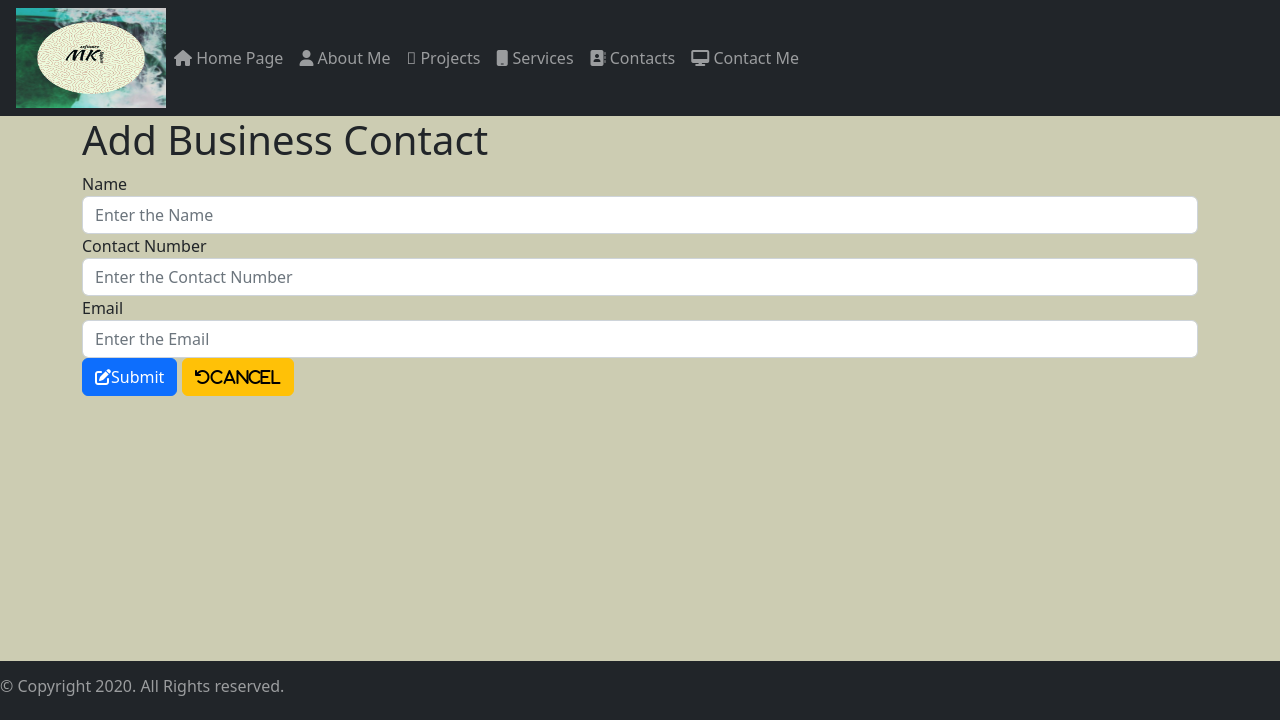
Repository: Mandeep180/Lab03_1
Page: http://localhost/infor/add
These files come from the project's save history. The page is drawn as it stood at one moment and after the next save; the edit follows.
The browser window is 1280 px wide. The pictures show the whole page.
The page is served by the project's Node server (server.js). Other server files are loaded and not shown.

Above is the page before, as saved 2022-10-22 21:53:27.

### server/views/infor/add.ejs
<%- include ../partials/header.ejs %>
<%- include ../partials/main_nav.ejs %>

<!-- content for the add page -->

<div class="container">
    <div class="row">
        <div class = "offset-md-3 col-md-6"></div>
        <h1><%= title%></h1>
        <form class="form" method="POST">
            <div class="form-group">
                <label for="nameTextFeild">Name</label>
                <input type="text" class="form-control"
                id="nameTextFeild"
                placeholder="Enter the Name"
                name="name" required>
            </div>

            <div class="form-group">
                <label for="contactNumberTextFeild">Contact Number</label>
                <input type="text" class="form-control"
                id="contactNumberTextFeild"
                placeholder="Enter the Contact Number "
                name="contactNumber" required>

            </div>
            <div class="form-group">
                <label for="EmailTextFeild">Email</label>
                <input type="text" class="form-control"
                id="emailTextFeild"
                placeholder="Enter the Email "
                name="contactNumber" required>

            </div>

            <button class="btn btn-primary" type="submit">
                <i class="fas fa-edit"></i>Submit
            </button>
            <a href="/infor" class="btn btn-warning">
                <i class="fas fa-undo">Cancel</i>
            </a>
        </form>


    </div>
</div>

<%- include ../partials/bottom_nav.ejs %>
<%- include ../partials/footer.ejs %>

### server/views/partials/header.ejs
<!DOCTYPE html>
<html lang="en">
  <head>
    <meta charset="utf-8">
    <meta name="viewport" content="width=device-width, initial-scale=1.0">
    <title><%= title %></title>
    <!-- CSS section-->


    <link rel="stylesheet" href="/bootstrap/dist/css/bootstrap.min.css">
    <link rel="stylesheet" href="/@fortawesome/fontawesome-free/css/all.min.css">
    <link rel="stylesheet" href="/Content/app.css">
  </head>
  <body>

### server/views/partials/main_nav.ejs
<body>
    <!--main nav-->
    <nav class="navbar navbar-expand-lg navbar-dark bg-dark">
     <a class="navbar-brand" href="/"></a>
     <a><img src="Assets/images/Logo.jpg" alt = "logo" width="150" height="100" style="float:left">
      <button class="navbar-toggler" type="button" data-toggle="collapse" data-target="#navbarSupportContent" aria-controls="navbarSupportedContent" aria-expanded="false">
        <span class="navbar-toggler-icon"></span>
      </button>

      <style>
        body{

          background:#ccccb2;
        }
      </style>


      <div class="collapse navbar-collapse" id="navbarSupportedContent">
        <ul class="navbar-nav mr-auto">
          <% if(title == "Home") {%>
            <li class="nav-item active">
            <% } else {%>
              <li class="nav-item">
              <% } %>

            <a class="nav-link" href="/home"> <i class="fa-solid fa-house"></i> Home Page</a>
          </li>

          <% if(title == "About") {%>
            <li class="nav-item active">
            <% } else {%>
              <li class="nav-item">
              <% } %>
            <a class="nav-link" href="/about"> <i class="fa-solid fa-user"></i> About Me</a>

          </li>

          <% if(title == "Projects") {%>
            <li class="nav-item active">
            <% } else {%>
              <li class="nav-item">
              <% } %>
            <a class="nav-link" href="/projects"> <i class="fa-duotone fa-diagram-project"></i> Projects</a>
          </li>


          <% if(title == "Services") {%>
            <li class="nav-item active">
            <% } else {%>
              <li class="nav-item">
              <% } %>
            <a class="nav-link" href="/services"> <i class="fa-solid fa-mobile"></i> Services</a>

          </li>
          <% if(title == "Contacts") {%>
            <li class="nav-item active">
            <% } else {%>
              <li class="nav-item">
              <% } %>
            <a class="nav-link" href="/infor"><i class="fa-solid fa-address-book"></i> Contacts</a>

          </li>

          <% if(title == "Contact Me") {%>
            <li class="nav-item active">
            <% } else {%>
              <li class="nav-item">
              <% } %>
            <a class="nav-link" href="/contact"> <i class="fa-solid fa-desktop"></i> Contact Me</a>

          </li>
        </ul>
      </div>


    </nav>

### server/views/partials/bottom_nav.ejs
<!--Bottom Nav-->
<footer>
    <nav class="navbar fixed-bottom navbar-dark bg-dark">
      <h6 class="display-20 navbar-text">&copy; Copyright 2020. All Rights reserved.</h6>
    </nav>
  </footer>

### server/views/partials/footer.ejs
<!--Script Section-->
<script src="/jquery/dist/jquery.min.js"></script>
<script src="/bootstrap/dist/css/bootstrap.min.js"></script>
<script src ="/Scripts/app.js"></script>
</body>
</html>

### server.js
#!/usr/bin/env node
/*Mandeep Kaur 301225713*/
/**
 * Module dependencies.
 */

var app = require('./server/config/app');
var debug = require('debug')('lab03-1:server');
var http = require('http');

/**
 * Get port from environment and store in Express.
 */

var port = normalizePort(process.env.PORT || '3000');
app.set('port', port);

/**
 * Create HTTP server.
 */

var server = http.createServer(app);

/**
 * Listen on provided port, on all network interfaces.
 */

server.listen(port);
server.on('error', onError);
server.on('listening', onListening);

/**
 * Normalize a port into a number, string, or false.
 */

function normalizePort(val) {
  var port = parseInt(val, 10);

  if (isNaN(port)) {
    // named pipe
    return val;
  }

  if (port >= 0) {
    // port number
    return port;
  }

  return false;
}

/**
 * Event listener for HTTP server "error" event.
 */

function onError(error) {
  if (error.syscall !== 'listen') {
    throw error;
  }

  var bind = typeof port === 'string'
    ? 'Pipe ' + port
    : 'Port ' + port;

  // handle specific listen errors with friendly messages
  switch (error.code) {
    case 'EACCES':
      console.error(bind + ' requires elevated privileges');
      process.exit(1);
      break;
    case 'EADDRINUSE':
      console.error(bind + ' is already in use');
      process.exit(1);
      break;
    default:
      throw error;
  }
}

/**
 * Event listener for HTTP server "listening" event.
 */

function onListening() {
  var addr = server.address();
  var bind = typeof addr === 'string'
    ? 'pipe ' + addr
    : 'port ' + addr.port;
  debug('Listening on ' + bind);
}

### server/routes/infor.js
let express = require('express');
let router = express.Router();
let mongoose = require('mongoose');

//connect to info model
let Infor = require('../models/infor');

// get route for info list page - read operation

router.get('/',(req,res,next)=>{
    Infor.find((err,InforList)=>{
        if(err){
            return console.error(err);
        }
        else
        {
            //console.log(InforList);
            res.render('infor/list',{title:"Business Contact List",InforList:InforList });
        }
    });
});

// get route for displaying info add page - create operation
router.get('/add',(req,res,next)=>{
    res.render('infor/add',{title:"Add Business Contact"});
});
// post route for processing info add page - create operation
router.post('/add',(req,res,next)=>{
  let newInfor  = Infor({
    "name":req.body.name,
    "contactNumber": req.body.contactNumber,
    "email": req.body.email


  });
  Infor.create(newInfor,(err,Infor)=>{
    if(err){
        console.log(err);
        res.end(err);
    }
    else
    {
        res.redirect("/infor");
    }
  });
});
// get route for displaying info edit page - create operation
router.get('/edit/:id',(req,res,next)=>{
  let is = req.params.id;
  Book.findById(id,(err, inforToEdit)=>{
    if(err){
        console.log(err);
        res.end(err);
    }else{
        //show edit view
        res.render('infor/edit',{title: 'Edit Business Contact List ', infor: inforToEdit})
    }
  });
});
// post route for displaying info edit page - create operation
router.post('/edit/:id',(req,res,next)=>{
  let id= req.params.id
  let updatedinfor = Infor({
    "name":req.body.name,
    "contactNumber": req.body.contactNumber,
    "email": req.body.email
  });
  Infor.updateOne({id:id}, updatedinfor,(err)=>{
    if(err){
        console.log(err);
        res.end(err);
    }
    else{
        res.redirect('/infor');
    }
  })
});
// get to perform deletion - delete operation
router.get('/delete/:id',(req,res,next)=>{
  let id= req.params.id;
   if(err){
    console.log(err);
    res.end(err);
   }
   else{
    res.redirect('/infor')
   }

});
module.exports = router;

### public/Scripts/app.js
// IIFe- Immediately Invoked function Expression
/*Mandeep Kaur 301225713*/
(function(){
    function start(){
        console.log("App started...")
    }
    window.addEventListener("load", start);

})

### public/Content/stylesheets/app.css
/*custom css goes here */

After the next save:
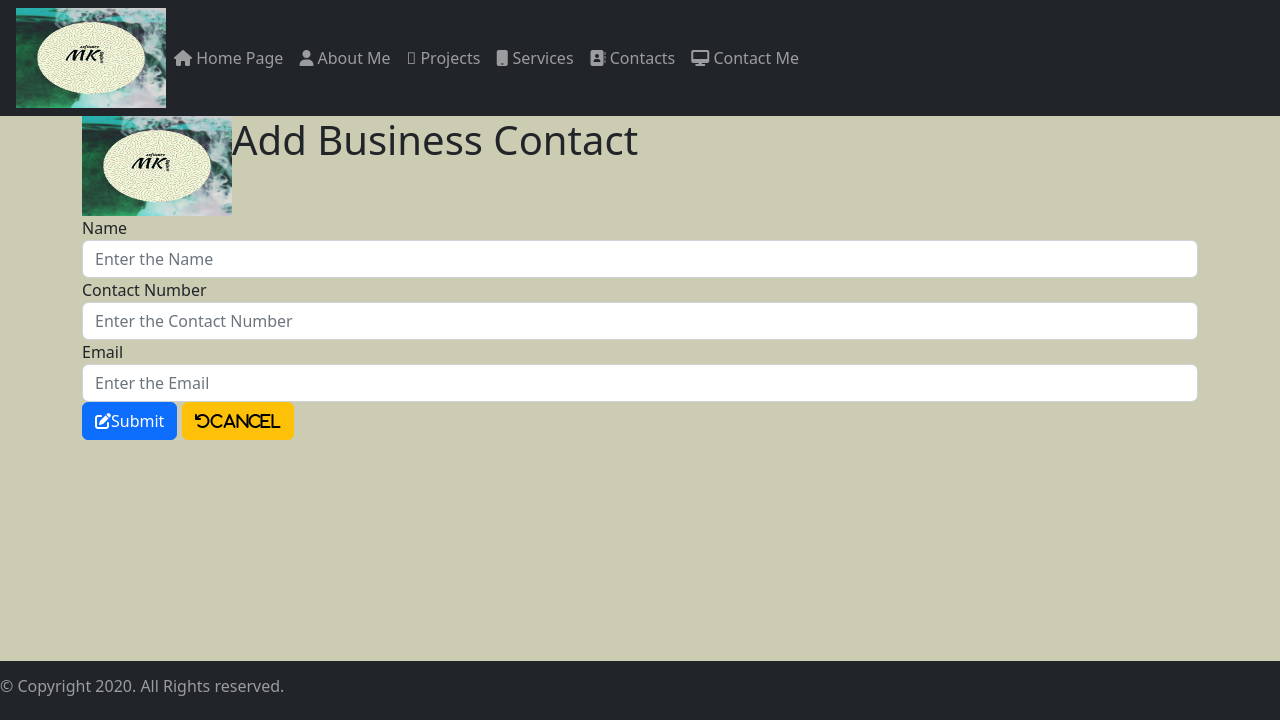
Saved 67 s later.
--- a/server/views/infor/add.ejs
+++ b/server/views/infor/add.ejs
@@ -6,6 +6,7 @@
 <div class="container">
     <div class="row">
         <div class = "offset-md-3 col-md-6"></div>
+        <a><img src="Assets/images/Logo.jpg" alt = "logo" width="150" height="100" style="float:left">
         <h1><%= title%></h1>
         <form class="form" method="POST">
             <div class="form-group">

After the save that followed:
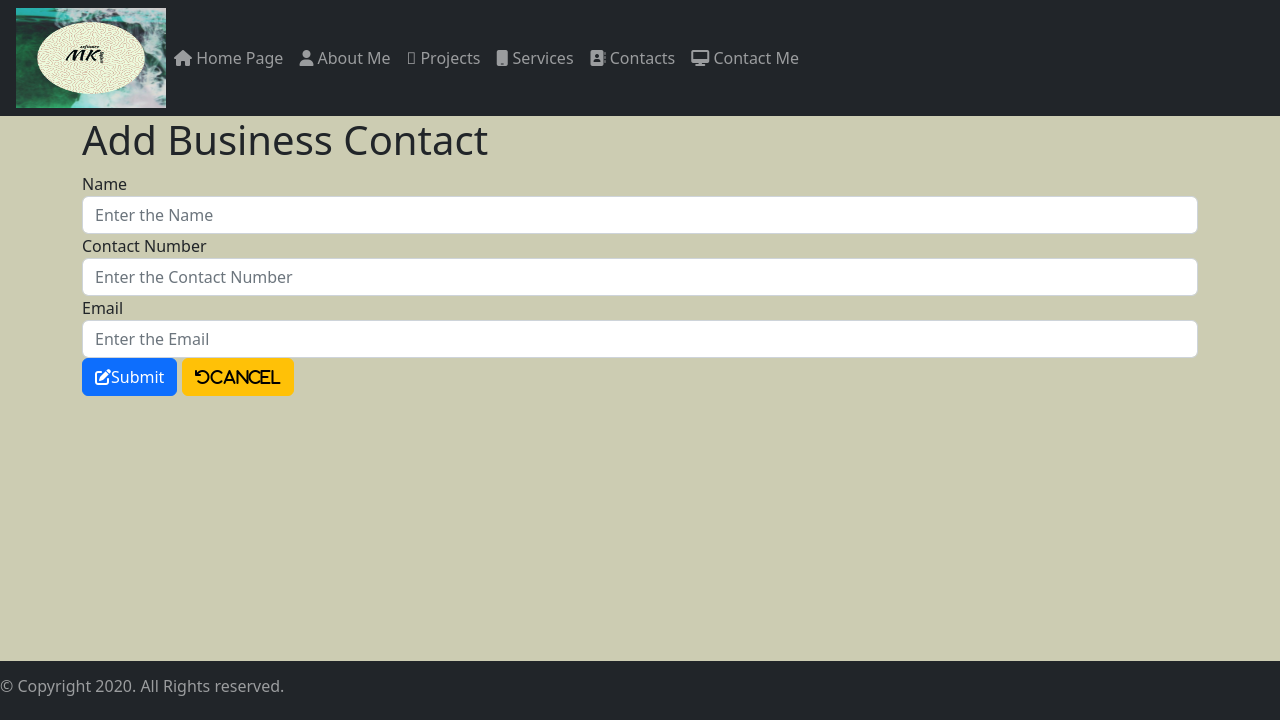
Saved 25 s later.
--- a/server/views/infor/add.ejs
+++ b/server/views/infor/add.ejs
@@ -6,7 +6,7 @@
 <div class="container">
     <div class="row">
         <div class = "offset-md-3 col-md-6"></div>
-        <a><img src="Assets/images/Logo.jpg" alt = "logo" width="150" height="100" style="float:left">
+
         <h1><%= title%></h1>
         <form class="form" method="POST">
             <div class="form-group">
